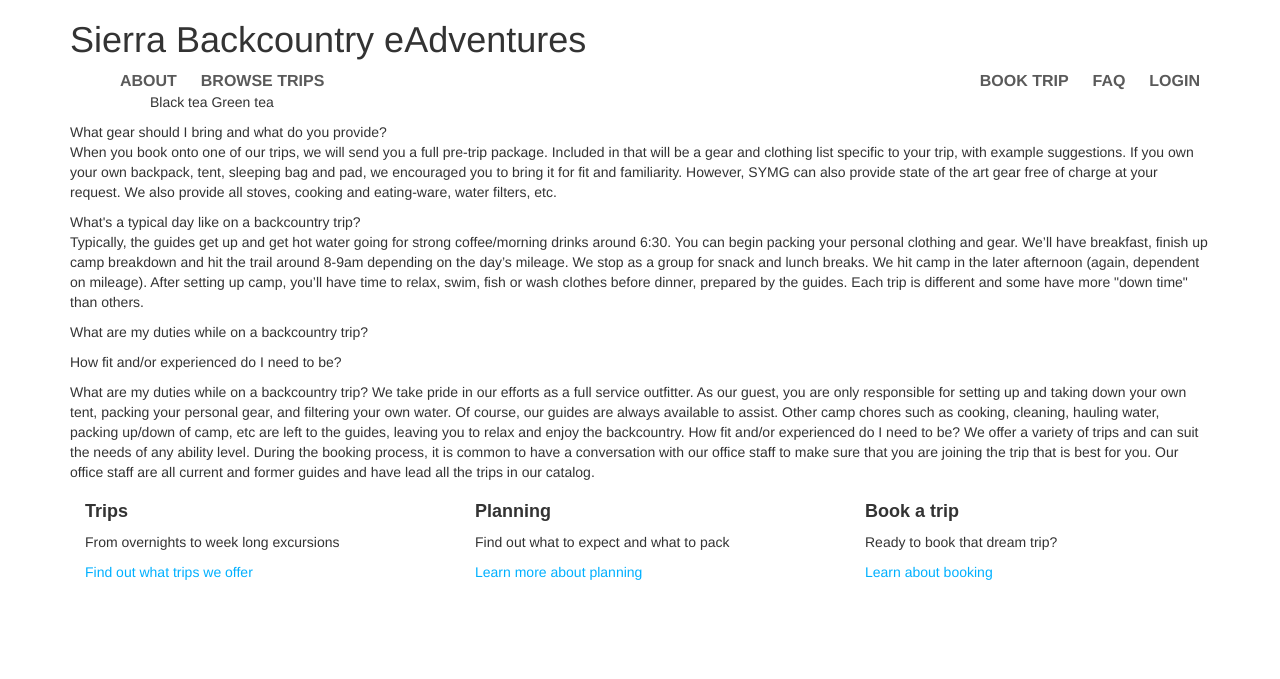
Repository: nageek17/eadventures
Page: http://localhost/support.php
The author's editor kept a record of every edit. The page is drawn from the files as they stood at one moment, then again after the next edit.
The browser window is 1280 px wide. The pictures show the whole page.
Some web libraries are served in a nearby version. The page is run by PHP 8.4 with error messages shown; the project is at /var/www/html/.

Above is the page before.
Console error (its wording comes from the project's code and is left out).

### support.php
<?php
    include ('header.php');
?>
<div class='container'>
<p>What gear should I bring and what do you provide?</br>
When you book onto one of our trips, we will send you a full pre-trip package. Included in that will be a gear and clothing list specific to your trip, with example suggestions. If you own your own backpack, tent, sleeping bag and pad, we encouraged you to bring it for fit and familiarity. However, SYMG can also provide state of the art gear free of charge at your request. We also provide all stoves, cooking and eating-ware, water filters, etc.


</p>

<p>What's a typical day like on a backcountry trip?</br>
Typically, the guides get up and get hot water going for strong coffee/morning drinks around 6:30. You can begin packing your personal clothing and gear. We’ll have breakfast, finish up camp breakdown and hit the trail around 8-9am depending on the day’s mileage. We stop as a group for snack and lunch breaks. We hit camp in the later afternoon (again, dependent on mileage). After setting up camp, you’ll have time to relax, swim, fish or wash clothes before dinner, prepared by the guides. Each trip is different and some have more "down time" than others.
</p>

<p>What are my duties while on a backcountry trip?</br>
</p>

<p>How fit and/or experienced do I need to be?</br>
</p>

What are my duties while on a backcountry trip?
We take pride in our efforts as a full service outfitter. As our guest, you are only responsible for setting up and taking down your own tent, packing your personal gear, and filtering your own water. Of course, our guides are always available to assist. Other camp chores such as cooking, cleaning, hauling water, packing up/down of camp, etc are left to the guides, leaving you to relax and enjoy the backcountry.
How fit and/or experienced do I need to be?
We offer a variety of trips and can suit the needs of any ability level. During the booking process, it is common to have a conversation with our office staff to make sure that you are joining the trip that is best for you. Our office staff are all current and former guides and have lead all the trips in our catalog.


<?php
    include ('footer.php');
?>

### header.php
<?php
  session_start();
  include ('dbconfig.php');

  //$con=mysqli_connect("kdoung17-eadventures-885147","kdoung17","","eadventures");
  if (mysqli_connect_errno()) {
  echo "Failed to connect to MySQL: " . mysqli_connect_error();
  }
?>

<!DOCTYPE html>
<html>
  <head>

    <link rel="stylesheet" href="//netdna.bootstrapcdn.com/bootstrap/3.1.1/css/bootstrap.min.css">
    <link rel="stylesheet" href="//netdna.bootstrapcdn.com/bootstrap/3.1.1/css/bootstrap-theme.min.css">

    <link rel="stylesheet" href="css/main.css">

    <title>eAdventures</title>

  </head>

<body>
    <div class="nav">
      <div class="container">
        <h1 class='heading'>Sierra Backcountry eAdventures</h1>
        <ul class="pull-left" class="active">
          <li><a href="index.php">about</a></li>
          <li><a href="products.php">Browse Trips</a>
          <ul>
            <li>Black tea</li>
            <li>Green tea</li>
          </ul>

          </li>
        </ul>
        <ul class="pull-right">
          <li><a href="booking.php">Book trip</a></li>
          <li><a href="faq.php">FAQ</a></li>

          <?php
          if(isset($_SESSION['email']))
          {
                echo '<li><a href="account.php">Account</a></li>';
                echo '<li><a href="logout.php">Logout</a></li>';
          }
          else
          {
            echo '<li><a href="login.php">Login</a></li>';
          }
          ?>
        </ul>
      </div>
    </div>

### dbconfig.php
<?php

$con=mysqli_connect("kdoung17-eadventures-885147","kdoung17","","eadventures");

?>

### footer.php


<div class="learn-more">
	  <div class="container">
		<div class='row'>
	      <div class='col-md-4'>
			<h3>Trips</h3>
			<p>From overnights to week long excursions</p>
			<p><a href="products.php">Find out what trips we offer</a></p>
	      </div>
		  <div class='col-md-4'>
			<h3>Planning</h3>
			<p>Find out what to expect and what to pack</p>
			<p><a href="faq.php">Learn more about planning</a></p>
		  </div>
		  <div class='col-md-4'>
			<h3>Book a trip</h3>
			<p>Ready to book that dream trip?</p>
			<p><a href="booking.php">Learn about booking</a></p>
		  </div>
	    </div>
	  </div>
	</div>
</div>


<script type="text/javascript" src="jcart/js/jquery-1.4.4.min.js"></script>
<script type="text/javascript" src="jcart/js/jcart.min.js"></script>
<script src="https://maxcdn.bootstrapcdn.com/bootstrap/3.2.0/js/bootstrap.min.js"></script>

</body>
</html>

### jcart/config-loader.php
<?php

// jCart v1.3
// http://conceptlogic.com/jcart/

// By default, this file returns the $config array for use with PHP scripts
// If requested via Ajax, the array is encoded as JSON and echoed out to the browser

// Don't edit here, edit config.php
include_once('config.php');

// Use default values for any settings that have been left empty
if (!$config['currencyCode']) $config['currencyCode']                     = 'USD';
if (!$config['text']['cartTitle']) $config['text']['cartTitle']           = 'Shopping Cart';
if (!$config['text']['singleItem']) $config['text']['singleItem']         = 'Item';
if (!$config['text']['multipleItems']) $config['text']['multipleItems']   = 'Items';
if (!$config['text']['subtotal']) $config['text']['subtotal']             = 'Subtotal';
if (!$config['text']['update']) $config['text']['update']                 = 'update';
if (!$config['text']['checkout']) $config['text']['checkout']             = 'checkout';
if (!$config['text']['checkoutPaypal']) $config['text']['checkoutPaypal'] = 'Checkout with PayPal';
if (!$config['text']['removeLink']) $config['text']['removeLink']         = 'remove';
if (!$config['text']['emptyButton']) $config['text']['emptyButton']       = 'empty';
if (!$config['text']['emptyMessage']) $config['text']['emptyMessage']     = 'Your cart is empty!';
if (!$config['text']['itemAdded']) $config['text']['itemAdded']           = 'Item added!';
if (!$config['text']['priceError']) $config['text']['priceError']         = 'Invalid price format!';
if (!$config['text']['quantityError']) $config['text']['quantityError']   = 'Item quantities must be whole numbers!';
if (!$config['text']['checkoutError']) $config['text']['checkoutError']   = 'Your order could not be processed!';

if ($_GET['ajax'] == 'true') {
	header('Content-type: application/json; charset=utf-8');
	echo json_encode($config);
}
?>

### jcart/config.php
<?php

// jCart v1.3
// http://conceptlogic.com/jcart/

// Do NOT store any sensitive info in this file!!!
// It's loaded into the browser as plain text via Ajax


////////////////////////////////////////////////////////////////////////////////
// REQUIRED SETTINGS

// Path to your jcart files
$config['jcartPath']              = 'jcart/';

// Path to your checkout page
$config['checkoutPath']           = 'checkout.php';

// The HTML name attributes used in your item forms
$config['item']['id']             = 'my-item-id';    // Item id
$config['item']['name']           = 'my-item-name';    // Item name
$config['item']['price']          = 'my-item-price';    // Item price
$config['item']['qty']            = 'my-item-qty';    // Item quantity
$config['item']['url']            = 'my-item-url';    // Item URL (optional)
$config['item']['add']            = 'my-add-button';    // Add to cart button

// Your PayPal secure merchant ID
// Found here: https://www.paypal.com/webapps/customerprofile/summary.view
$config['paypal']['id']           = 'seller_1282188508_biz@conceptlogic.com';

////////////////////////////////////////////////////////////////////////////////
// OPTIONAL SETTINGS

// Three-letter currency code, defaults to USD if empty
// See available options here: http://j.mp/agNsTx
$config['currencyCode']           = '';

// Add a unique token to form posts to prevent CSRF exploits
// Learn more: http://conceptlogic.com/jcart/security.php
$config['csrfToken']              = false;

// Override default cart text
$config['text']['cartTitle']      = '';    // Shopping Cart
$config['text']['singleItem']     = '';    // Item
$config['text']['multipleItems']  = '';    // Items
$config['text']['subtotal']       = '';    // Subtotal
$config['text']['update']         = '';    // update
$config['text']['checkout']       = '';    // checkout
$config['text']['checkoutPaypal'] = '';    // Checkout with PayPal
$config['text']['removeLink']     = '';    // remove
$config['text']['emptyButton']    = '';    // empty
$config['text']['emptyMessage']   = '';    // Your cart is empty!
$config['text']['itemAdded']      = '';    // Item added!
$config['text']['priceError']     = '';    // Invalid price format!
$config['text']['quantityError']  = '';    // Item quantities must be whole numbers!
$config['text']['checkoutError']  = '';    // Your order could not be processed!

// Override the default buttons by entering paths to your button images
$config['button']['checkout']     = '';
$config['button']['paypal']       = '';
$config['button']['update']       = '';
$config['button']['empty']        = '';


////////////////////////////////////////////////////////////////////////////////
// ADVANCED SETTINGS

// Display tooltip after the visitor adds an item to their cart?
$config['tooltip']                = true;

// Allow decimals in item quantities?
$config['decimalQtys']            = false;

// How many decimal places are allowed?
$config['decimalPlaces']          = 1;

// Number format for prices, see: http://php.net/manual/en/function.number-format.php
$config['priceFormat']            = array('decimals' => 2, 'dec_point' => '.', 'thousands_sep' => ',');

// Send visitor to PayPal via HTTPS?
$config['paypal']['https']        = true;

// Use PayPal sandbox?
$config['paypal']['sandbox']      = false;

// The URL a visitor is returned to after completing their PayPal transaction
$config['paypal']['returnUrl']    = '';

// The URL of your PayPal IPN script
$config['paypal']['notifyUrl']    = '';

?>

### css/main.css
.home .heading {
  font-family: 'Shift', sans-serif;
  font-weight: bold;
}

.featured-trips {
    background-color: #efefef;
    border-top: 1px solid #dbdbdb;
    border-bottom: 1px solid #dbdbdb;

}

.featured-trips h2{
    color: #393c3d;
    font-size: 24px;
}

.featured-trips p {
    font-size: 15px;
    margin-bottom: 13px;
}

.featured-trips .thumbnail{
  height: 500px;
}

.nav a {
  color: #5a5a5a;
  font-size: 16px;
  font-weight: bold;
  padding: 14px 10px;
  text-transform: uppercase;
}

.nav li {
  display: inline;
}

.home .jumbotron {
  background-image:url(../img/yosemitecover.jpg);
  height: 600px;
  margin-bottom:0px;
}

.home .jumbotron .container {
  position: relative;
  top:100px;
}

.home .jumbotron h1 {
  color: #fff;
  font-size: 48px;
  font-family: 'Shift', sans-serif;
  font-weight: bold;
}

.home .jumbotron p {
  font-size: 26px;
  color: #fff;
}

.home .learn-more {
  background-color: #f7f7f7;
}

.learn-more h3 {
  font-family: 'Shift', sans-serif;
  font-size: 18px;
  font-weight: bold;
}

.learn-more a {
  color: #00b0ff;
}

.trips .jumbotron {
  background-color: #f7f7f7;

}

/*  products css page */
.trips .jumbotron p{
  font-size: 15px;

}

.trips .container{
        border-top-style: solid;
        border-top-color: #778899;

}

.trips .thumbnail {
  margin-top: 20px;
}

### jcart/js/jcart.min.js
// jCart v1.3
// http://conceptlogic.com/jcart/
$(function(){var a=(function(){var k="jcart",b=$("#jcart"),e=$("[name=jcartToken]").val(),i=$("#jcart-tooltip");var d=(function(){var l=null;$.ajax({url:k+"/config-loader.php",data:{ajax:"true"},dataType:"json",async:false,success:function(m){l=m},error:function(){alert("Ajax error: Edit the path in jcart.js to fix.")}});return l}());var f=(function(){if(d.tooltip===true){i.text(d.text.itemAdded);$(".jcart [type=submit]").mouseenter(function(m){var l=m.pageY+25,n=m.pageX+-10;$("body").append(i);i.css({top:n+"px",left:l+"px"})}).mousemove(function(m){var n=m.pageY+25,l=m.pageX+-10;i.css({top:n+"px",left:l+"px"})}).mouseleave(function(){i.hide()})}$("#jcart-buttons").remove();$.ajaxSetup({type:"POST",url:k+"/relay.php",success:function(l){b.html(l);$("#jcart-buttons").remove()},error:function(n,p){var o=n.status,l="Ajax error: ";if(o===0){l+="Check your network connection."}if(o===404||o===500){l+=o}if(p==="parsererror"||p==="timeout"){l+=p}alert(l)}})}());var c=$("#jcart-is-checkout").val();function j(n){var m=n.find("[name="+d.item.qty+"]"),l=n.find("[name="+d.item.add+"]");$.ajax({data:n.serialize()+"&"+d.item.add+"="+l.val(),success:function(o){if(m.val()>0&&i.css("display")==="none"){i.fadeIn("100").delay("400").fadeOut("100")}b.html(o);$("#jcart-buttons").remove()}})}function g(l){var o=l.parent().find('[name="jcartItemId[]"]').val();var n=l.val();if(n){var m=window.setTimeout(function(){$.ajax({data:{jcartUpdate:1,itemId:o,itemQty:n,jcartIsCheckout:c,jcartToken:e}})},1000)}l.keydown(function(p){if(p.which!==9){window.clearTimeout(m)}})}function h(m){var n=m.attr("href");n=n.split("=");var l=n[1];$.ajax({type:"GET",data:{jcartRemove:l,jcartIsCheckout:c}})}$(".jcart").submit(function(l){j($(this));l.preventDefault()});b.keydown(function(l){if(l.which===13){l.preventDefault()}});b.delegate('[name="jcartItemQty[]"]',"keyup",function(){g($(this))});b.delegate(".jcart-remove","click",function(l){h($(this));l.preventDefault()})}())});

Loaded but not shown: jcart/js/jquery-1.4.4.min.js (library)

After the next edit:
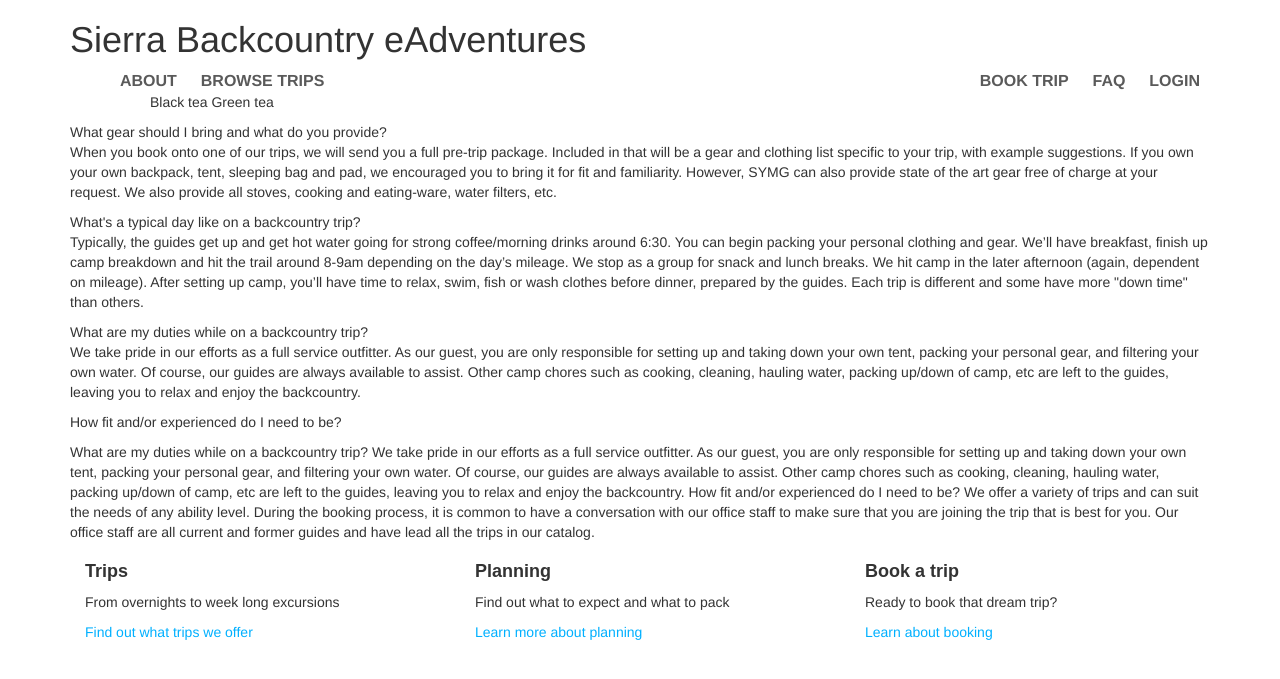
The edit:
--- a/support.php
+++ b/support.php
@@ -13,6 +13,8 @@
 </p>
 
 <p>What are my duties while on a backcountry trip?</br>
+We take pride in our efforts as a full service outfitter. As our guest, you are only responsible for setting up and taking down your own tent, packing your personal gear, and filtering your own water. Of course, our guides are always available to assist. Other camp chores such as cooking, cleaning, hauling water, packing up/down of camp, etc are left to the guides, leaving you to relax and enjoy the backcountry.
+
 </p>
 
 <p>How fit and/or experienced do I need to be?</br>
